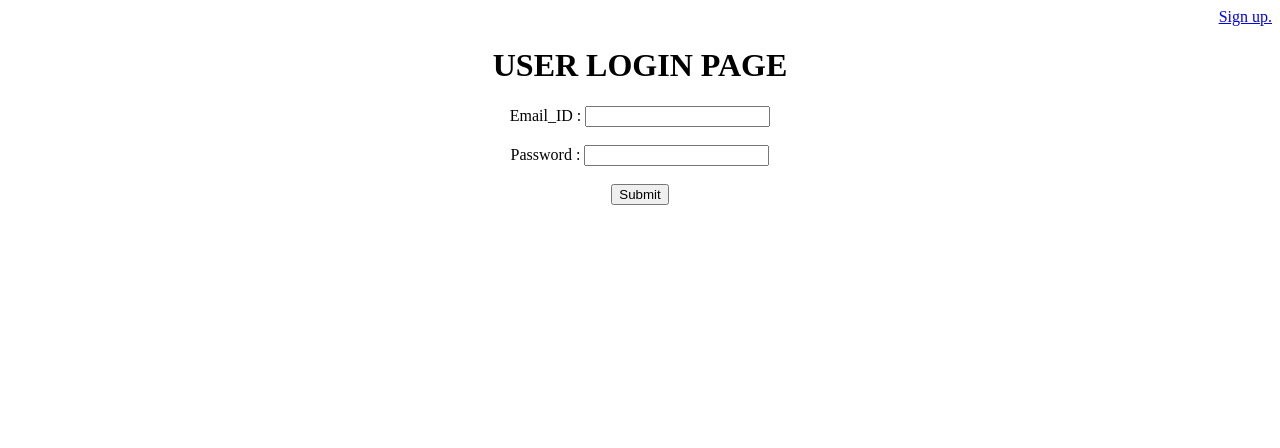
Repository: sunil965/JDBC-Servlet-JSP
Page: http://localhost/JspRegistrationTask/loginJspCall
The author's editor kept a copy of each file at every save. The page is drawn from the files as they stood at one save, then again after the next save.
The browser window is 1280 px wide. The pictures show the whole page.
The page is served by Tomcat 9.

Above is the page before, as saved 2017-05-04 05:36:46.

After the next save:
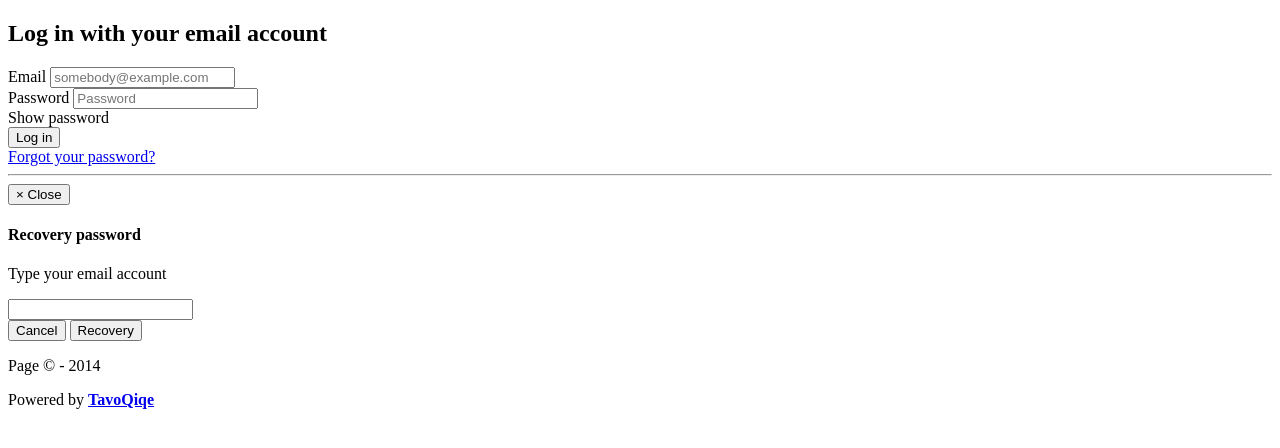
Saved 41 min 59 s later.
--- a/JspRegistrationTask/WebContent/userlogin.jsp
+++ b/JspRegistrationTask/WebContent/userlogin.jsp
@@ -2,7 +2,7 @@
     pageEncoding="UTF-8"%>
 <!DOCTYPE html PUBLIC "-//W3C//DTD HTML 4.01 Transitional//EN" "http://www.w3.org/TR/html4/loose.dtd">
 <html>
-<head>
+<!-- <head>
 <meta http-equiv="Content-Type" content="text/html; charset=UTF-8">
 <title>User Login</title>
 
@@ -45,4 +45,68 @@
  </form>
  </div>
 </body>
-</html>
+</html> -->
+
+
+
+<section id="login">
+    <div class="container">
+    	<div class="row">
+    	    <div class="col-xs-12">
+        	    <div class="form-wrap">
+                <h1>Log in with your email account</h1>
+                    <form role="form" action="javascript:;" method="post" id="login-form" autocomplete="off">
+                        <div class="form-group">
+                            <label for="email" class="sr-only">Email</label>
+                            <input type="email" name="email" id="email" class="form-control" placeholder="somebody@example.com">
+                        </div>
+                        <div class="form-group">
+                            <label for="key" class="sr-only">Password</label>
+                            <input type="password" name="key" id="key" class="form-control" placeholder="Password">
+                        </div>
+                        <div class="checkbox">
+                            <span class="character-checkbox" onclick="showPassword()"></span>
+                            <span class="label">Show password</span>
+                        </div>
+                        <input type="submit" id="btn-login" class="btn btn-custom btn-lg btn-block" value="Log in">
+                    </form>
+                    <a href="javascript:;" class="forget" data-toggle="modal" data-target=".forget-modal">Forgot your password?</a>
+                    <hr>
+        	    </div>
+    		</div> <!-- /.col-xs-12 -->
+    	</div> <!-- /.row -->
+    </div> <!-- /.container -->
+</section>
+
+<div class="modal fade forget-modal" tabindex="-1" role="dialog" aria-labelledby="myForgetModalLabel" aria-hidden="true">
+	<div class="modal-dialog modal-sm">
+		<div class="modal-content">
+			<div class="modal-header">
+				<button type="button" class="close" data-dismiss="modal">
+					<span aria-hidden="true">×</span>
+					<span class="sr-only">Close</span>
+				</button>
+				<h4 class="modal-title">Recovery password</h4>
+			</div>
+			<div class="modal-body">
+				<p>Type your email account</p>
+				<input type="email" name="recovery-email" id="recovery-email" class="form-control" autocomplete="off">
+			</div>
+			<div class="modal-footer">
+				<button type="button" class="btn btn-default" data-dismiss="modal">Cancel</button>
+				<button type="button" class="btn btn-custom">Recovery</button>
+			</div>
+		</div> <!-- /.modal-content -->
+	</div> <!-- /.modal-dialog -->
+</div> <!-- /.modal -->
+
+<footer id="footer">
+    <div class="container">
+        <div class="row">
+            <div class="col-xs-12">
+                <p>Page © - 2014</p>
+                <p>Powered by <strong><a href="http://www.facebook.com/tavo.qiqe.lucero" target="_blank">TavoQiqe</a></strong></p>
+            </div>
+        </div>
+    </div>
+</footer>

After the 3 saves that followed:
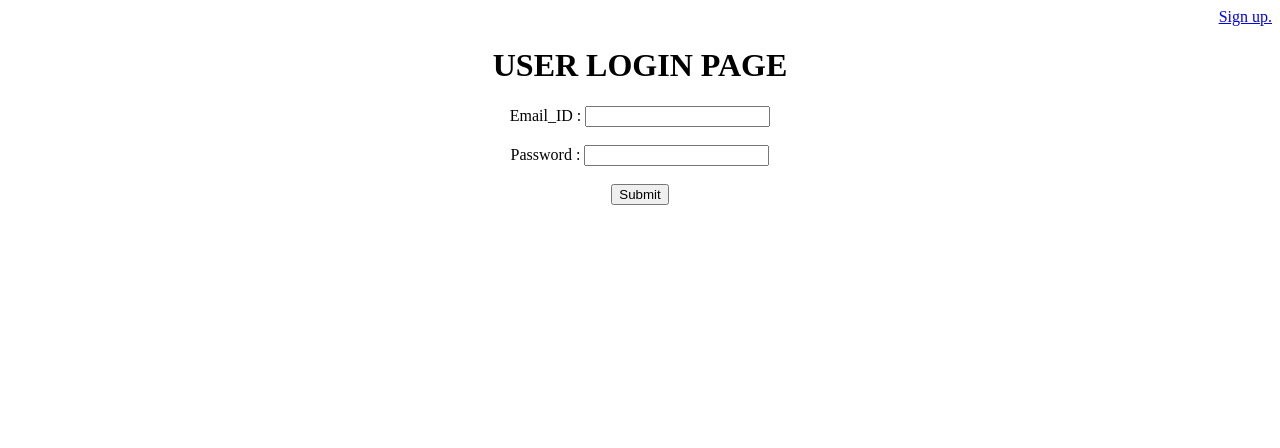
The 3 saves are shown as one change because 2 left the picture as it was.
The last was saved 5 min 28 s later.
--- a/JspRegistrationTask/WebContent/userlogin.jsp
+++ b/JspRegistrationTask/WebContent/userlogin.jsp
@@ -2,7 +2,7 @@
     pageEncoding="UTF-8"%>
 <!DOCTYPE html PUBLIC "-//W3C//DTD HTML 4.01 Transitional//EN" "http://www.w3.org/TR/html4/loose.dtd">
 <html>
-<!-- <head>
+<head>
 <meta http-equiv="Content-Type" content="text/html; charset=UTF-8">
 <title>User Login</title>
 
@@ -45,68 +45,4 @@
  </form>
  </div>
 </body>
-</html> -->
-
-
-
-<section id="login">
-    <div class="container">
-    	<div class="row">
-    	    <div class="col-xs-12">
-        	    <div class="form-wrap">
-                <h1>Log in with your email account</h1>
-                    <form role="form" action="javascript:;" method="post" id="login-form" autocomplete="off">
-                        <div class="form-group">
-                            <label for="email" class="sr-only">Email</label>
-                            <input type="email" name="email" id="email" class="form-control" placeholder="somebody@example.com">
-                        </div>
-                        <div class="form-group">
-                            <label for="key" class="sr-only">Password</label>
-                            <input type="password" name="key" id="key" class="form-control" placeholder="Password">
-                        </div>
-                        <div class="checkbox">
-                            <span class="character-checkbox" onclick="showPassword()"></span>
-                            <span class="label">Show password</span>
-                        </div>
-                        <input type="submit" id="btn-login" class="btn btn-custom btn-lg btn-block" value="Log in">
-                    </form>
-                    <a href="javascript:;" class="forget" data-toggle="modal" data-target=".forget-modal">Forgot your password?</a>
-                    <hr>
-        	    </div>
-    		</div> <!-- /.col-xs-12 -->
-    	</div> <!-- /.row -->
-    </div> <!-- /.container -->
-</section>
-
-<div class="modal fade forget-modal" tabindex="-1" role="dialog" aria-labelledby="myForgetModalLabel" aria-hidden="true">
-	<div class="modal-dialog modal-sm">
-		<div class="modal-content">
-			<div class="modal-header">
-				<button type="button" class="close" data-dismiss="modal">
-					<span aria-hidden="true">×</span>
-					<span class="sr-only">Close</span>
-				</button>
-				<h4 class="modal-title">Recovery password</h4>
-			</div>
-			<div class="modal-body">
-				<p>Type your email account</p>
-				<input type="email" name="recovery-email" id="recovery-email" class="form-control" autocomplete="off">
-			</div>
-			<div class="modal-footer">
-				<button type="button" class="btn btn-default" data-dismiss="modal">Cancel</button>
-				<button type="button" class="btn btn-custom">Recovery</button>
-			</div>
-		</div> <!-- /.modal-content -->
-	</div> <!-- /.modal-dialog -->
-</div> <!-- /.modal -->
-
-<footer id="footer">
-    <div class="container">
-        <div class="row">
-            <div class="col-xs-12">
-                <p>Page © - 2014</p>
-                <p>Powered by <strong><a href="http://www.facebook.com/tavo.qiqe.lucero" target="_blank">TavoQiqe</a></strong></p>
-            </div>
-        </div>
-    </div>
-</footer>
+</html>
